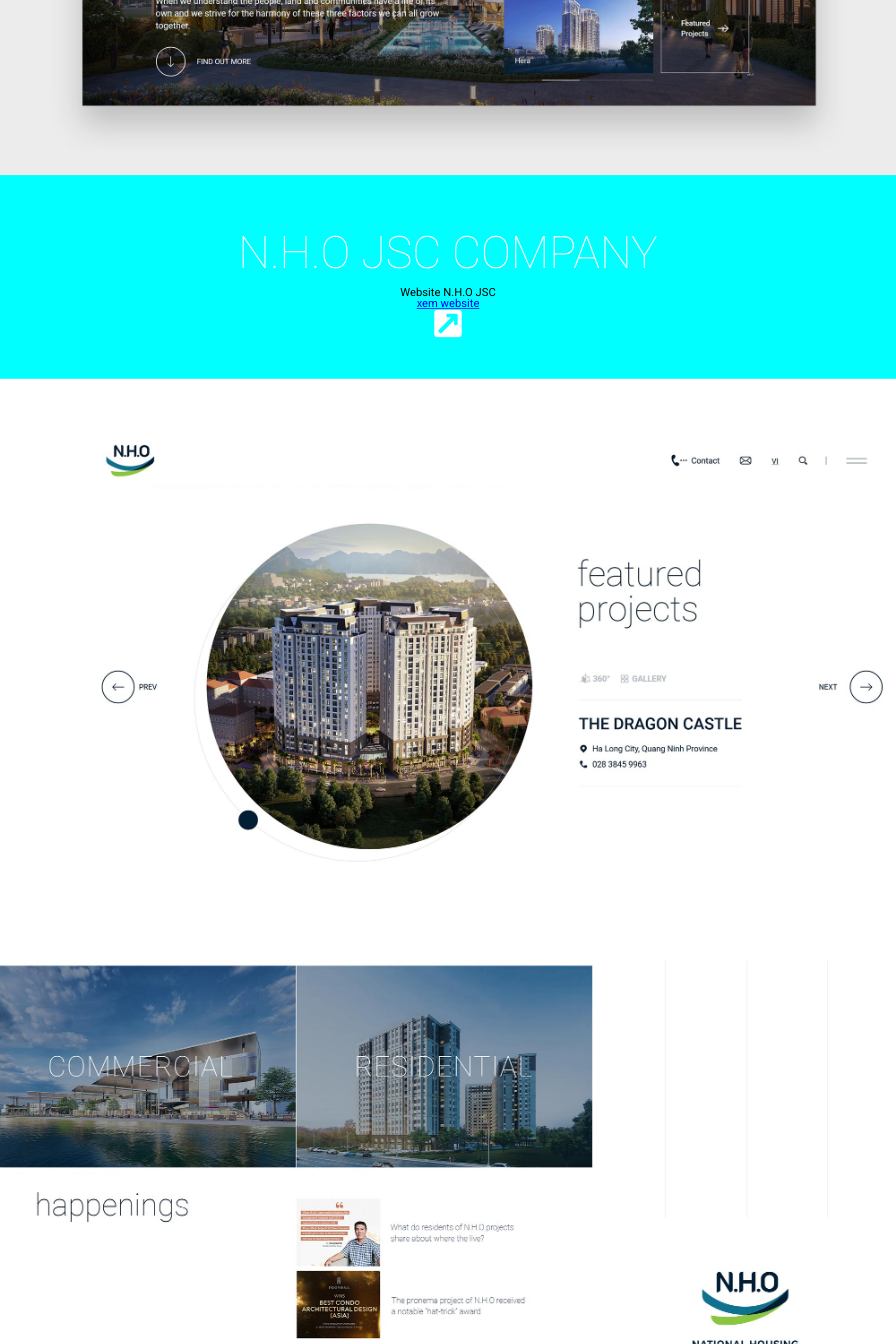
Repository: Minns-Cao/project-BTQ
Page: company.html
The author's editor kept a copy of each file at every save. The page is drawn from the files as they stood at one save, then again after the next save.
The browser window is 1280 px wide. The pictures show the part of the page from y = 533 to 2453 px (the page is 6057 px tall), at 70% of full size.

Above is the page before, as saved 2023-07-02 09:34:13.
Console error: TypeError: Cannot read properties of null (reading 'addEventListener')

### company.html
<!DOCTYPE html>
<html lang="en">
    <head>
        <meta charset="UTF-8" />
        <meta http-equiv="X-UA-Compatible" content="IE=edge" />
        <meta name="viewport" content="width=device-width, initial-scale=1.0" />
        <title>BTQ</title>
        <!-- Fonts -->
        <link rel="preconnect" href="https://fonts.googleapis.com" />
        <link rel="preconnect" href="https://fonts.gstatic.com" crossorigin />
        <link
            href="https://fonts.googleapis.com/css2?family=Roboto:wght@100;300;400;500;700;900&display=swap"
            rel="stylesheet"
        />
        <!-- Reset CSS -->
        <link rel="stylesheet" href="./assets/css/reset.css" />
        <!-- Style CSS -->
        <link rel="stylesheet" href="./assets/css/headerFooter.css" />
        <link rel="stylesheet" href="./assets/css/styleCustomer.css" />
    </head>
    <body>
        <main>
            <div class="imgFirst">
                <img src="./imagesCompany/NHO/1.jpg" alt="" class="thumb" />
            </div>
            <div class="details-title-name">
                <h3 class="name">N.H.O JSC COMPANY</h3>
                <h3 class="label">Website N.H.O JSC</h3>
                <a href="https://www.nhojsc.vn/" class="linkWebCus">
                    <p class="seeMore">xem website</p>
                    <div class="icon">
                        <svg
                            xmlns="http://www.w3.org/2000/svg"
                            x="0px"
                            y="0px"
                            viewBox="0 0 100 100"
                        >
                            <path
                                fill="currentColor"
                                d="M99,11.6v76.8C99,94.3,94.3,99,88.4,99H11.6C5.7,99,1,94.3,1,88.4V11.6C1,5.7,5.7,1,11.6,1h76.8C94.3,1,99,5.7,99,11.6z
                        M78.1,15h-29c-2.8,0-5,2.2-5,5v3.1c0,2.8,2.5,5.3,5.3,5l12.2-0.3L16.6,73.1c-1.9,1.6-1.9,4.4,0,6.2l4.4,4.4c1.6,1.6,4.4,1.6,6.2,0
                       l44.9-45.3l-0.6,12.2c0,2.8,2.2,5.3,5,5.3h3.1c2.8,0,5-2.2,5-5v-29C84.6,21.9,85.2,15,78.1,15z"
                            ></path>
                        </svg>
                    </div>
                </a>
            </div>
            <div class="imgSecond">
                <img src="./imagesCompany/NHO/2.jpg" alt="" class="thumb" />
            </div>
            <div class="imgThird">
                <img src="./imagesCompany/NHO/3.jpg" alt="" class="thumb" />
            </div>
        </main>
        <!-- <iframe src="https://minns-cao.github.io/Minns-Project-MatBao/" id="myIframe" width="80%" title="W3Schools Free Online Web Tutorials">
        </iframe> -->
        <script src="./app_OpenAns.js"></script>
    </body>
</html>

### assets/css/headerFooter.css
* {
    box-sizing: border-box;
}

:root {
    --color-bg1: #24547f;
    --color-bg2: #463b75;
    --color-bg3: #d9996b;
    --color-bg4: #86506c;
    --color-bg5: #206a54;
    --color-bg6: #779273;
    --color-bg7: #e48f92;
    --color-bg8: #6dbcc5;
    --color-bgMenu: #24547f;
}

html {
    font-size: 62.5%;
}

body {
    font-family: "Roboto", sans-serif;
    font-size: 1.6rem;
}

/* =======================HEADER======================= */
.navigation {
    position: fixed;
    top: 0;
    left: 0;
    display: flex;
    justify-content: space-between;
    width: 100%;
    padding: 20px 30px;
    z-index: 100000;
}

.navigation .logo {
    transition: all 0.5s ease-out;
}

.navigation .box {
    display: flex;
    justify-content: center;
    align-items: center;
    gap: 1vw;
}

.navigation .targetPage{
    display: flex;
    align-items: center;
    transition: all 0.8s ease-out;
}

.navigation .targetPage .dot {
    width: 20px;
    height: 20px;
}

.navigation .targetPage .namePage {
    text-transform: uppercase;
    color: #fff;
    font-size: 36px;
    vertical-align: middle;
    white-space: nowrap;
    letter-spacing: -1px;
    line-height: 1.1;
    display: inline-block;
    font-weight: 400;
    margin-left: 1vw;
}

.navigationBar {
    display: flex;
    align-items: center;
    gap: 80px;
}

.navigationBar .lang {
    position: relative;
    font-weight: 900;
    font-size: 18px;
    line-height: 50px;
    text-transform: uppercase;
    color: #fff;
    width: auto;
    display: inline-block;
    padding-bottom: 10px;
    visibility: hidden;
    opacity: 0;
    pointer-events: none;
    transition: all 0.5s ease-in-out 0.2s;
    z-index: 10000;
}

.navigationBar .lang.active {
    visibility: visible;
    opacity: 1;
    pointer-events: all;
}
.navigationBar .lang::after,
.navigationBar .lang::before {
    position: absolute;
    content: "";
    display: block;
    width: 30px;
    height: 1px;
    background-color: #fff;
}

.navigationBar .lang::after {
    top: 40%;
    left: 130%;
}
.navigationBar .lang::before {
    top: 40%;
    right: 130%;
}



.navigation .iconBar {
    position: relative;
    display: block;
    width: 70px;
    height: 60px;
    color: #000;
    transform: translateX(0);
    transition: all 0.5s ease-in-out 0.2s;
    z-index: 10000;
}

.navigation .iconBar.active{
    transform: translateX(2vw);
}

.navigation .iconBar .background{
    width: 100%;
    height: 100%;
    background-color: rgba(0,0,0,.1);
    border-radius: 5px;
    transform: translate(-10%, -5%);
    visibility:hidden;
}



.iconBar .lineMid,
.iconBar .lineTop,
.iconBar .lineBot {
    position: absolute;
    top: 25px;
    left: 0px;
    height: 2px;
    width: 75%;
    background-color: #fff;
    box-shadow: 3px 3px 0 rgb(0 0 0 / 10%);
    transition: all 0.3s ease-in-out;
}

.iconBar .lineMid {
    opacity: 1;
    visibility: visible;
}

.iconBar .lineTop {
    top: 15px;
    left: 5px;
    width: 40%;
}

.iconBar .lineBot {
    top: 35px;
    left: 5px;
    width: 40%;
}

.navigation .iconBar:hover .lineMid {
    width: 50%;
}

.navigation .iconBar:hover .lineTop,
.navigation .iconBar:hover .lineBot {
    width: 60%;
}

/* nav onClick */

.navigation .onClick.iconBar .lineMid {
    visibility: hidden;
    opacity: 0;
}

.navigation .onClick.iconBar .lineTop,
.navigation .onClick.iconBar .lineBot {
    top: 25px;
    left: 10px;
    width: 50%;
}

.navigation .onClick.iconBar .lineTop {
    transform: rotate(45deg);
}
.navigation .onClick.iconBar .lineBot {
    transform: rotate(-45deg);
}

.navigation .onClick.iconBar:hover .lineTop,
.navigation .onClick.iconBar:hover .lineBot {
    top: 25px;
    width: 50%;
}

.navigation .onClick.iconBar:hover .lineTop {
    left: 11px;
    transform: rotate(90deg);
    box-shadow: none;
}
.navigation .onClick.iconBar:hover .lineBot {
    left: 9px;
    transform: rotate(-90deg);
    box-shadow: none;
}

/* =======================HEADER-MENU======================= */

header .menu {
    position: absolute;
    top: 0;
    right: 0;
    width: 100%;
}

header .menu .bg-menu {
    position: absolute;
    top: 0;
    left: 0;
    display: block;
    width: 100vw;
    height: 100vh;
    z-index: 101;
    overflow: hidden;
    pointer-events: none;
}

header .menu .color-bg-menu {
    display: block;
    width: 100%;
    height: 100%;
    border-radius: 50%;
    background-image: linear-gradient(
        -135deg,
        var(--color-bgMenu) 65%,
        transparent 80%
    );
    opacity: 0;
    visibility: hidden;
    transition: all 0.3s linear;
    pointer-events: none;
}

header .menu .color-bg-menu.active {
    animation: bg-menuAnimation_active 0.5s linear forwards;
}
header .menu .color-bg-menu.noActive {
    animation: bg-menuAnimation_noActive 5s linear forwards;
}

@keyframes bg-menuAnimation_active {
    0% {
        opacity: 0;
        visibility: hidden;
        transform: translate(60%, -60%) scale(1);
    }
    30% {
        opacity: 0.98;
        visibility: visible;
    }
    100% {
        opacity: 0.98;
        visibility: visible;
        transform: translate(60%, -60%) scale(4);
        pointer-events: none;
    }
}
@keyframes bg-menuAnimation_noActive {
    0% {
        opacity: 0.98;
        visibility: visible;
        transform: translate(60%, -60%) scale(4);
    }
    30% {
        opacity: 0;
        visibility: visible;
    }
    100% {
        opacity: 0;
        visibility: none;
        transform: translate(60%, -60%) scale(3.5);
        pointer-events: all;
    }
}
header .menu .main-menu {
    position: absolute;
    top: 0;
    right: 0;
    display: flex;
    align-items: flex-end;
    flex-direction: column;
    gap: 50px;
    width: 100%;
    height: 100%;
    padding-top: 70px;
    margin-right: 10vw;
    margin-top: 10vh;
    z-index: 102;
    visibility: hidden;
    opacity: 0;
    pointer-events: none;
    transition: all 0.5s ease-in-out 0.2s;
}

header .menu .main-menu.active {
    visibility: visible;
    opacity: 1;
    pointer-events: all;
}

header .menu .iconHome {
    display: block;
    width: 50px;
    height: 36px;
    color: #fff;
}

header .menu a{
    text-decoration: none;
}

header .menu .menuItem {
    font-weight: 900;
    font-size: calc(100vh / 14);
    line-height: 1;
    letter-spacing: 2px;
    text-transform: uppercase;
    white-space: nowrap;
    color: #fff;
    -webkit-text-stroke: 1px #fff;
    -webkit-text-fill-color: transparent;
    transition: all 0.5s ease-in-out;

}

header .menu .menuItem:hover {
    color: #fcd62c;
    -webkit-text-stroke: 1px #fcd62c;
    -webkit-text-fill-color: #fcd62c;
}

footer .contentBlockFooter{
    height: 35vh;
    background-color: #91b879;
    position: relative;
}

footer .contentBlockFooter::after{
    position: absolute;
    content: '';
    display: block;
    pointer-events: none;
    background-color: #fff;
    width: 1px;
    height: 6vw;
    top: -3vw;
    left: 50%;
    z-index: 10;
}

footer .contentBlockFooter .contentBox {
    padding-top: 60px;
    display: flex;
    flex-direction: column;
    justify-content: center;
    align-items: center;
}

footer .contentBlockFooter .contentBox svg{
    color: #fff;
    width: 60px;
    height: 60px;
}

footer .contentBlockFooter .contentBox .copyRight{
    font-size: 13px;
    line-height: 1.2;
    color: #fff;
    text-transform: uppercase;
}

footer .contentBlockFooter .contentBox .copyRight strong {
    font-weight: 900;
}

### assets/css/styleCustomer.css
/* ==========================imgFirst============================= */
body{
    background-color: aqua;
}
.thumb {
    width: 100vw;
}

.details-title-name {
    display: flex;
    justify-content: center;
    align-items: center;
    flex-direction: column;
    width: 100%;
    height: 40vh;
}

.details-title-name .linkWebCus {
    display: flex;
    flex-direction: column;
    justify-content: center;
    align-items: center;
}

.details-title-name .name{
    font-size: 5vw;
    font-weight: 100;
    line-height: 1.2;
    position: relative;
    margin: 10px 0;
    color: #fff;
    text-align: center;
    display: block;
}

.details-title-name .icon {
    width: 40px;
    height: 40px;
    color: #fff;
}



#myIframe {
    position: absolute;
    height: 100vh;
    top: 0;
    left: 0;
    right: 0;
    bottom: 0;
    z-index: 1000000;
    background-color: rebeccapurple;
    overflow: hidden;
}

### app_OpenAns.js
// ======================activeIconMenuBar=========================
function activeIconMenuBar(x) {
    x.classList.toggle("onClick");
    let mainMenu = document.querySelector("header .menu .main-menu");
    let lang = document.querySelector(".navigationBar .lang");
    let bgMenu = document.querySelector("header .menu .color-bg-menu");
    if (x.classList.contains("onClick")) {
        mainMenu.classList.add("active");
        lang.classList.add("active");
        bgMenu.classList.add("active");
        bgMenu.classList.remove("noActive");
        changeBackroundMenu();
    } else {
        mainMenu.classList.remove("active");
        lang.classList.remove("active");
        bgMenu.classList.remove("active");
        bgMenu.classList.add("noActive");
    }
}

let dataBackgroundMenu = [
    "#24547f",
    "#463b75",
    "#d9996b",
    "#86506c",
    "#206a54",
    "#779273",
    "#e48f92",
    "#6dbcc5",
];

function changeBackroundMenu() {
    let first_elm = dataBackgroundMenu.shift();
    dataBackgroundMenu.push(first_elm);
    document
        .querySelector("header .menu .color-bg-menu")
        .style.setProperty("--color-bgMenu", dataBackgroundMenu[0]);
}

// ======================textRun=========================

let thisBox_list = document.querySelectorAll(
    ".contentBlock1 .textBanner .thisBox"
);
thisBox_list.forEach((thisBox) => {
    let widthContent = thisBox.offsetWidth / 2;
    let thisBoxStyles = getComputedStyle(thisBox);
    thisBox.style.setProperty("--contentWidth", `${-widthContent + 9.5}px`);
});

// ======================EnterButton=========================
let objIcon = document.querySelector(".obj-icon");
objIcon.addEventListener("mousemove", (e) => {
    let xValue = e.clientX;
    let yValue = e.clientY;
    let rectOfobjIcon = objIcon.getBoundingClientRect();
    let yValueBtn = rectOfobjIcon.top + rectOfobjIcon.height / 2;
    let xValueBtn = rectOfobjIcon.left + rectOfobjIcon.width / 2;
    let speed = 0.125;
    objIcon.style.transform = `translate(${-(xValue - xValueBtn) * speed}px,${
        -(yValue - yValueBtn) * speed
    }px) `;
});

objIcon.addEventListener("mouseout", () => {
    objIcon.style.transform = `translate(0,0)`;
});
// ======================ScrollAnimation=========================

function moveNav(target) {
    let logoNav = document.querySelector("header .navigation .logo");
    let targetPage = document.querySelector("header .navigation .targetPage");
    let bar = document.querySelector("header .navigation .iconBar");
    let bar_backGround = document.querySelector(
        "header .navigation .iconBar .background"
    );
    if (target < 1) {
        logoNav.style.transform = `translate(0,0)`;
        targetPage.style.transform = `translate(0,0)`;
        bar.classList.remove("active");
        bar_backGround.style.visibility = "hidden";
    }
    if (target > 1 && target < 100) {
        logoNav.style.transform = `translate(${-target * 200}px,0)`;
        targetPage.style.transform = `translate(0,${-target * 200}px)`;
        bar.classList.add("active");
        bar_backGround.style.visibility = "visible";
    }
}

window.addEventListener("scroll", (e) => {
    let heightOfFooter = document.querySelector("footer").offsetHeight;
    //Vị trí của scroll (không tính footer)
    let targetScroll =
        (window.pageYOffset /
            (document.body.offsetHeight -
                heightOfFooter -
                window.innerHeight)) *
        100;
    moveNav(targetScroll);
});

function ScrollAnimation(elm, distance, speed, trend, first) {
    window.addEventListener("scroll", function () {
        //khoảng di chuyển
        let x = (window.innerHeight - elm.getBoundingClientRect().top) * speed;

        //xử lý bug phần tử đầu tiên khi scroll
        if(first === "true") {
            x = x - (window.innerHeight * speed);
        }

        //giới hạn di chuyển từ 0 tới distance
        let movePos = Math.max(0, Math.min(distance, x));

        //gán giá trị transform cho elm
        if (trend === "down" || trend === undefined) {
                elm.style.transform = `translateY(${movePos}px)`;
        } else if (trend === "up") {
            elm.style.transform = `translateY(${-(movePos - distance)}px)`;
        }
    });
}

let list_scrollElm = document.querySelectorAll(".scrollElm");

list_scrollElm.forEach((scrollElm) => {
    let distance = scrollElm.dataset.distance;
    let speed = scrollElm.dataset.speed;
    let trend = scrollElm.dataset.trend;
    let first = scrollElm.dataset.first;
    ScrollAnimation(scrollElm, distance, speed, trend, first);
});




// ========================
// var iframe = document.getElementById('myIframe');

// // Ngăn sự kiện cuộn trang web chính
// window.addEventListener('scroll', function(e) {
//   e.preventDefault();
//   window.scrollTo(0, 0);
// });

// // Cho phép cuộn bên trong iframe
// iframe.addEventListener('load', function() {
//   iframe.contentWindow.addEventListener('scroll', function(e) {
//     e.stopPropagation();
//   });
// });

Loaded but not shown: assets/css/reset.css (common file)

After the next save:
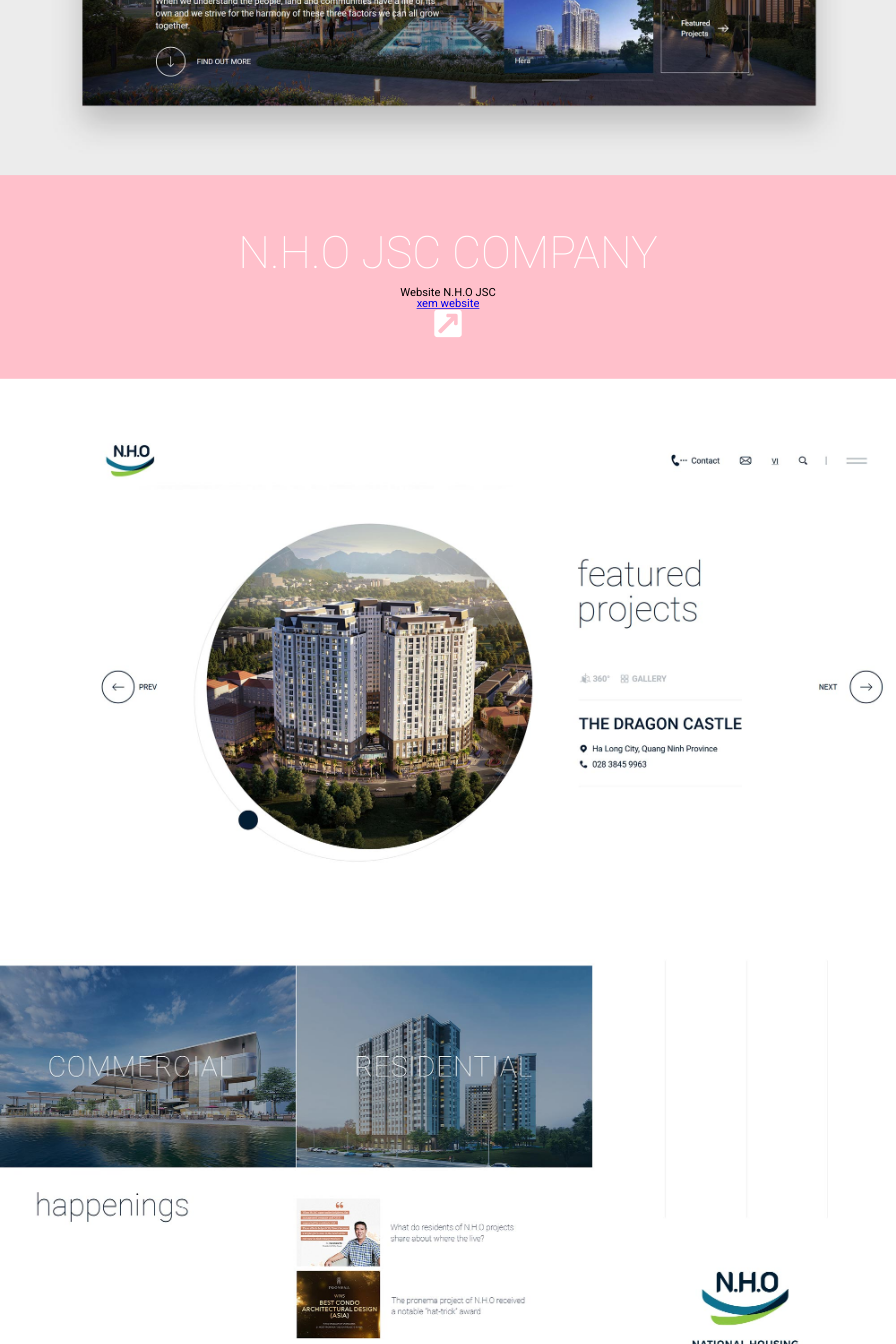
Saved 9 s later.
--- a/assets/css/styleCustomer.css
+++ b/assets/css/styleCustomer.css
@@ -1,6 +1,6 @@
 /* ==========================imgFirst============================= */
 body{
-    background-color: aqua;
+    background-color: pink;
 }
 .thumb {
     width: 100vw;
